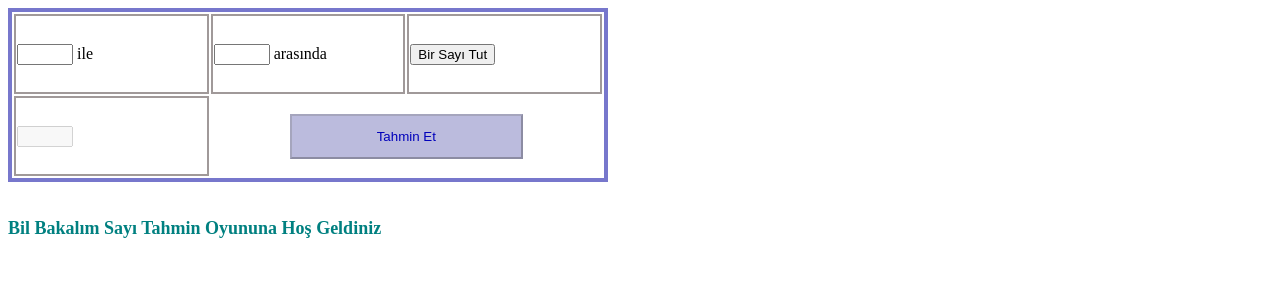
Repository: emrebolukbas/.js-Training-Tobeto
Page: 4-oyunBirSayiTut/public/oyunBirSayiTut.html
The author's editor kept a copy of each file at every save. The page is drawn from the files as they stood at one save, then again after the next save.
The browser window is 1280 px wide. The pictures show the whole page.

Above is the page before, as saved 2023-10-08 21:18:12.

### 4-oyunBirSayiTut/public/oyunBirSayiTut.html
<!DOCTYPE html>
<html>
<head>
	<meta charset="UTF-8">
	<title> 4-Oyun Bir Sayı Tut 1.0 </title>
	<link rel="stylesheet" href="oyunBirSayiTut.css">
	<script type="text/javascript" src="oyunBirSayiTut.js"></script>
</head>
<body onload="sayfaYukle();">

	<table class="table-1">
		<tr class="tr-1">
			<td class="td-1">
				<input id="input-1" type="number">
				<label for="input-1">ile</label>
			</td>
			<td class="td-1">
				<input id="input-2" type="number">
				<label for="input-2">arasında</label>
			</td>
			<td class="td-1">
				<button type="button" onclick="yeniSayiTut();"> Bir Sayı Tut </button>
			</td>
		</tr>
		<tr class="tr-1">
			<td class="td-1">
				<input id="input-3" type="number">
			</td>
			<td class="td-2" colspan="2">
				<button id="button-1" class="button-1" type="button" onclick="tahminEt();"> Tahmin Et </button>
			</td>
		</tr>
	</table>

	<br/>
	<div class="div-1">
		<p id="p-1" class="p-1"></p>
	</div>
</body>
</html>

### 4-oyunBirSayiTut/public/oyunBirSayiTut.css
@charset "UTF-8";

table.table-1 {
	width: 600px;
	table-layout: fixed;
	border: solid #77c 4px;
}

tr.tr-1 {
	height: 80px;
	vertical-align: middle;
}

td.td-1 {
	border: solid #a09999 2px;
}
td.td-2 {
	text-align: center;
}

button.button-1 {
	color: #00b;
	background-color: #bbd;
	height: 45px;
	width: 60%;
}

div.div-1 {
	font: oblique;
	font-weight: 600;
	font-size: 18px;
	color: rgb(0, 128, 128);
}

### 4-oyunBirSayiTut/public/oyunBirSayiTut.js
/**
 *
 */

const acilisDizgisi = "Bil Bakalım Sayı Tahmin Oyununa Hoş Geldiniz"
var sonucParagrafi;
var tutulanDeger = 0;
var tahminAltSiniri = 1;
var tahminUstSiniri =20;
var tahminSayisi;

 /** */

 function sayfaYukle() {
	 sonucParagrafi = document.getElementById("p-1");
	 sonucParagrafi.innerHTML = acilisDizgisi;

	 document.getElementById("input-3").disabled = true;
	 document.getElementById("button-1").disabled = true;

	 document.getElementById("input-1").setAttribute("min", tahminAltSiniri) /** Alt Sınır */
	 document.getElementById("input-1").setAttribute("max", tahminUstSiniri)
	 document.getElementById("input-2").setAttribute("min", tahminAltSiniri) /** Üst Sınır */
	 document.getElementById("input-2").setAttribute("max", tahminUstSiniri)
	 document.getElementById("input-3").setAttribute("min", tahminAltSiniri) /** Tahmin */
	 document.getElementById("input-3").setAttribute("max", tahminUstSiniri)

 }

After the next save:
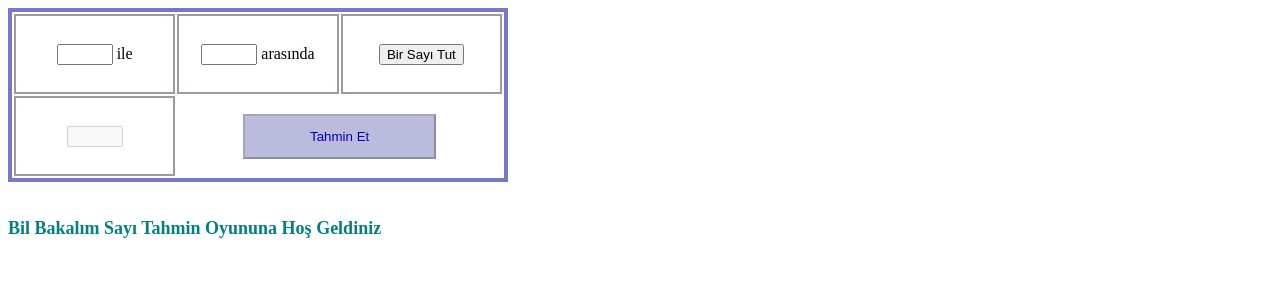
Saved 23 s later.
--- a/4-oyunBirSayiTut/public/oyunBirSayiTut.css
+++ b/4-oyunBirSayiTut/public/oyunBirSayiTut.css
@@ -1,7 +1,7 @@
 @charset "UTF-8";
 
 table.table-1 {
-	width: 600px;
+	width: 500px;
 	table-layout: fixed;
 	border: solid #77c 4px;
 }
@@ -13,6 +13,7 @@ tr.tr-1 {
 
 td.td-1 {
 	border: solid #a09999 2px;
+	text-align: center;
 }
 td.td-2 {
 	text-align: center;
